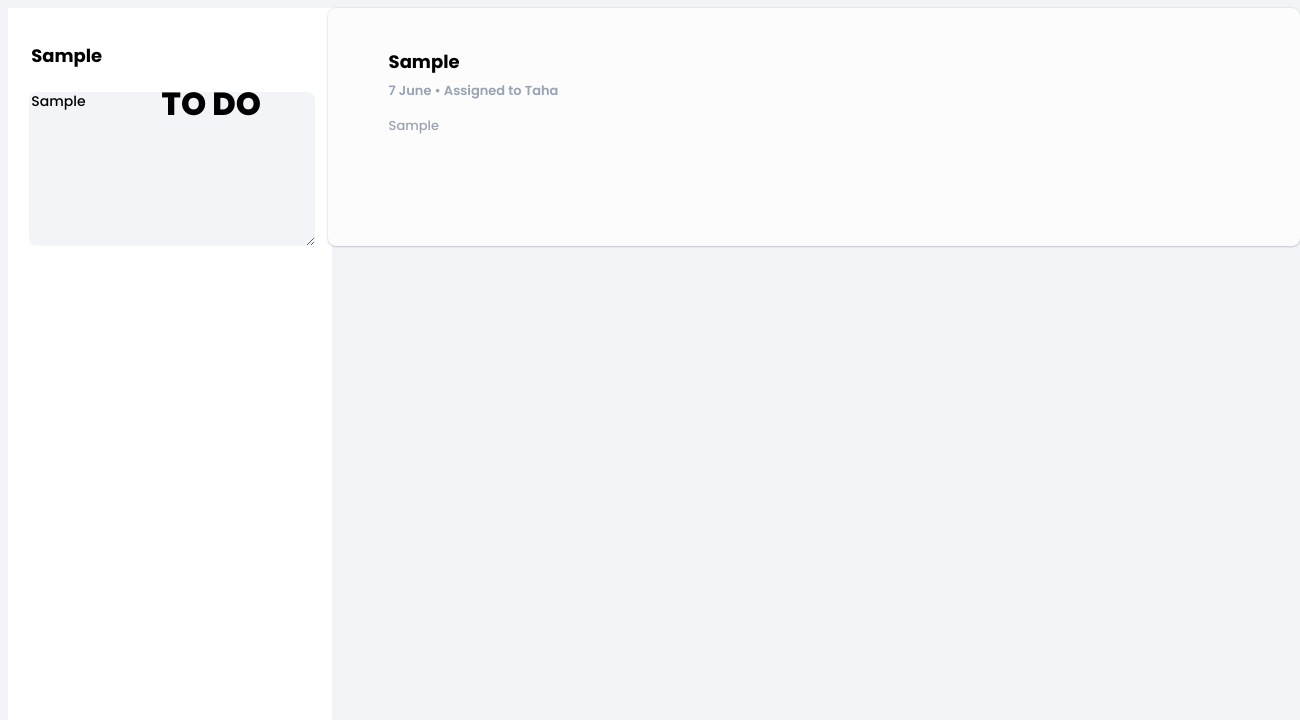
Repository: ReyhanehRahmani/TO-DO
Page: index.html
The author's editor kept a copy of each file at every save. The page is drawn from the files as they stood at one save, then again after the next save.
The browser window is 1280 px wide. The page is 1300 px wide, then 1280 px, so the pictures cover 1300 px, including what lies to the right of the window. The pictures show the whole page.
Empty fields were first filled with sample values (such as "Sample", 5 or name@example.com).
After loading, the first visible `#creatbut` was clicked once.
Some web fonts or font styles are not loaded; a fallback is used.

Above is the page before, as saved 2025-06-08 12:42:25.

### index.html
<!DOCTYPE html>

<html lang="en">

    <head>

        <meta name="viewport" content="width=device-width, initial-scale=1.0" />

        <title>TO-DO</title>

        <link rel="icon" type="image/jpg" href="favicon.png">

        <link rel="stylesheet" href="style.css">

        <link rel="preconnect" href="https://fonts.googleapis.com">

        <link rel="preconnect" href="https://fonts.gstatic.com" crossorigin>

        <link href="https://fonts.googleapis.com/css2?family=Poppins:ital,wght@0,100;0,200;0,300;0,400;0,500;0,600;0,700;0,800;0,900;1,100;1,200;1,300;1,400;1,500;1,600;1,700;1,800;1,900&family=Sofia+Sans:ital,wght@0,1..1000;1,1..1000&display=swap" rel="stylesheet">

    </head>
    <body>
        <div id="side">

            <div id="main-card">
            <div id="content">
                <div >
                <div id="title">
                    <input type="text" id="titlebox" minlength="3" maxlength="30" placeholder="Title">
                </div>
                <div id="description">
                    <textarea type="text" id="descriptionbox" maxlength="200" placeholder="Description"></textarea>
                </div>
                </div>

                <div id="buttons">
                    <div id="clear"><button id="clearbut">Clear All</button></div>
                    <div id="creat"><button id="creatbut">Creat Card</button></div>
                </div>
            </div>

            </div>

            <div id="cardsContainer"></div>
            </div>

        <script src="script.js"></script>
    </body>

### style.css
@media screen and (max-width: 1279px){

body{
    background-color: #F2F4F7;
}



#main-card{
    margin-left: 6%;
    margin-right: 6%;
    margin-top: 6%;
    background-color: #FFFFFF;
}

#content{
    margin-right: 6.557377049%;
    margin-left: 6.557377049%;
    margin-top: 6.557377049%;
    margin-bottom: 6.557377049%;
}

#titlebox{
    font-family: 'Poppins';
    font-weight: 700;
    font-size: 18px;
    line-height: 150%;
    letter-spacing: -2%;
    border: none;
    width: 100%;
    height: 51px;
}

#descriptionbox{
    border: none;
    width: 100%;
    font-family: 'Poppins';
    font-weight: 500;
    font-size: 14px;
    line-height: 100%;
    letter-spacing: -3%;
    height: 150px;
    border-radius: 8px;
    background: #F2F4F7;

    margin-top: 10px;

}

#content{
    display: flex;
    flex-direction: column;
    justify-content: space-between;
    gap: 516px;
}

#buttons{
    display: flex;
    justify-content: space-between;
    gap: 12px;
    margin-bottom: 25px;
}

#clear{
    text-align: center;
    justify-content: center;
}

#clearbut{
    height: 44px;
    border-radius: 8px;
    border-width: 1.4px;
    border-color: #FF1616;
    background-color: #FFFFFF;
    font-family: 'Poppins';
    font-weight: 700;
    font-size: 15px;
    line-height: 100%;
    letter-spacing: -3%;
    color: #FF1616;
    white-space: nowrap;
    width: 97px;

}

#creat{
    text-align: center;
    justify-content: center;
}

#creatbut{
    height: 44px;
    border-radius: 8px;
    background: #000000;
    font-family: 'Poppins';
    font-weight: 600;
    font-size: 15px;
    line-height: 100%;
    letter-spacing: -3%;
    color: #FFFFFF;
    width: 190px;

}

.cardsContainer{
    justify-content: center;
}


.card {
    width: 76.923076923%;
    height: 238px;
    border-radius: 8px;
    background: #FCFCFD;
    box-shadow: 0px 0.5px 2px 0px #1018284D;
    justify-self: center;
    position: relative;
    margin-bottom: 24px;
}


.cardTitle{
    font-family: 'Poppins';
    font-weight: 700;
    font-size: 18px;
    line-height: 150%;
    letter-spacing: -2%;
    margin-left: 6.25%;
    padding-top: 4.1%;


}

.cardDate{
    font-family: 'Poppins';
    font-weight: 600;
    font-size: 13px;
    line-height: 150%;
    letter-spacing: -2%;
    margin-left: 6.25%;
    color: #98A2B3;
    margin-top: 6px;

}

.cardDesc{
    font-family: 'Poppins';
    font-weight: 500;
    font-size: 13px;
    line-height: 150%;
    letter-spacing: -2%;
    color: #98A2B3;
    margin-left: 6.25%;
    margin-top: 16px;
}

#todoTitle{
    font-family: 'Poppins';
    font-weight: 800;
    font-size: 32px;
    line-height: 100%;
    letter-spacing: -0.75%;
    color: #000000;
    margin-left: 12%;
    margin-bottom: 20px;
    margin-top: 80px;

}}

@media screen and (min-width: 1280px){

body{
    background-color: #F2F4F7;
}

#content{
    margin-right: 6.557377049%;
    margin-left: 6.557377049%;
    margin-top: 6.557377049%;
    margin-bottom: 6.557377049%;
}

#titlebox{
    font-family: 'Poppins';
    font-weight: 700;
    font-size: 18px;
    line-height: 150%;
    letter-spacing: -2%;
    border: none;
    width: 100%;
    height: 51px;
}

#descriptionbox{
    border: none;
    width: 100%;
    font-family: 'Poppins';
    font-weight: 500;
    font-size: 14px;
    line-height: 100%;
    letter-spacing: -3%;
    height: 150px;
    border-radius: 8px;
    background: #F2F4F7;

    margin-top: 10px;

}

#main-card{
    background-color: #FFFFFF;
    width: 25.31120332%;
    margin: 0%;
    position: fixed;
}




#content{
    display: flex;
    flex-direction: column;
    justify-content: space-between;
    gap: 516px;
}

#buttons{
    display: flex;
    justify-content: space-between;
    gap: 12px;
    margin-bottom: 25px;
}

#clear{
    text-align: center;
    justify-content: center;
}

#clearbut{
    height: 44px;
    border-radius: 8px;
    border-width: 1.4px;
    border-color: #FF1616;
    background-color: #FFFFFF;
    font-family: 'Poppins';
    font-weight: 700;
    font-size: 15px;
    line-height: 100%;
    letter-spacing: -3%;
    color: #FF1616;
    white-space: nowrap;
    width: 97px;

}

#creat{
    text-align: center;
    justify-content: center;
}

#creatbut{
    height: 44px;
    border-radius: 8px;
    background: #000000;
    font-family: 'Poppins';
    font-weight: 600;
    font-size: 15px;
    line-height: 100%;
    letter-spacing: -3%;
    color: #FFFFFF;
    width: 190px;

}

.cardsContainer{
    display: flex;
    flex-direction: column;

}


.card {
    width: 76.923076923%;
    height: 238px;
    border-radius: 8px;
    background: #FCFCFD;
    box-shadow: 0px 0.5px 2px 0px #1018284D;
    justify-self: center;
    position: relative;
    margin-bottom: 24px;
    margin-left: 27.524204703%;

}


.cardTitle{
    font-family: 'Poppins';
    font-weight: 700;
    font-size: 18px;
    line-height: 150%;
    letter-spacing: -2%;
    margin-left: 6.25%;
    padding-top: 4.1%;


}

.cardDate{
    font-family: 'Poppins';
    font-weight: 600;
    font-size: 13px;
    line-height: 150%;
    letter-spacing: -2%;
    margin-left: 6.25%;
    color: #98A2B3;
    margin-top: 6px;

}

.cardDesc{
    font-family: 'Poppins';
    font-weight: 500;
    font-size: 13px;
    line-height: 150%;
    letter-spacing: -2%;
    color: #98A2B3;
    margin-left: 6.25%;
    margin-top: 16px;
}

#todoTitle{
    font-family: 'Poppins';
    font-weight: 800;
    font-size: 32px;
    line-height: 100%;
    letter-spacing: -0.75%;
    color: #000000;
    margin-left: 12%;
    margin-bottom: 20px;
    margin-top: 80px;
    position: absolute;

}

}

### script.js
document.getElementById("creatbut").onclick = function () {

    const title = document.getElementById("titlebox").value.trim();
    const desc = document.getElementById("descriptionbox").value.trim();

    const card = document.createElement("div");
    card.classList.add("card");

    const cardItems =document.createElement("div");
    card.classList.add("cardItem");

    card.appendChild(cardItems);

    const titleElem = document.createElement("div");
    titleElem.classList.add("cardTitle");
    titleElem.textContent = title;

    const dateElem = document.createElement("div");
    dateElem.classList.add("cardDate");

    const now = new Date();
    const day = now.getDate();
    const monthNames = ["January", "February", "March", "April", "May", "June","July", "August", "September", "October", "November", "December"];

    const month = monthNames[now.getMonth()];

    const formattedDate = day + " " + month;

    dateElem.textContent = formattedDate + " • " + " Assigned to Taha ";

    const descElem = document.createElement("div");
    descElem.classList.add("cardDesc");
    descElem.textContent = desc;

    cardItems.appendChild(titleElem);
    cardItems.appendChild(dateElem);
    cardItems.appendChild(descElem);

    document.getElementById("cardsContainer").appendChild(card);

    const container = document.getElementById("cardsContainer");

    if (!document.getElementById("todoTitle")) {
    const todo = document.createElement("div");
    todo.id = "todoTitle";
    todo.textContent = "TO DO";
    todo.classList.add("todoHeader");

    container.insertBefore(todo, container.firstChild);}



    document.getElementById("clearbut").addEventListener("click", function () {
    document.getElementById("titlebox").value = "";
    document.getElementById("descriptionbox").value = "";});


};

After the next save:
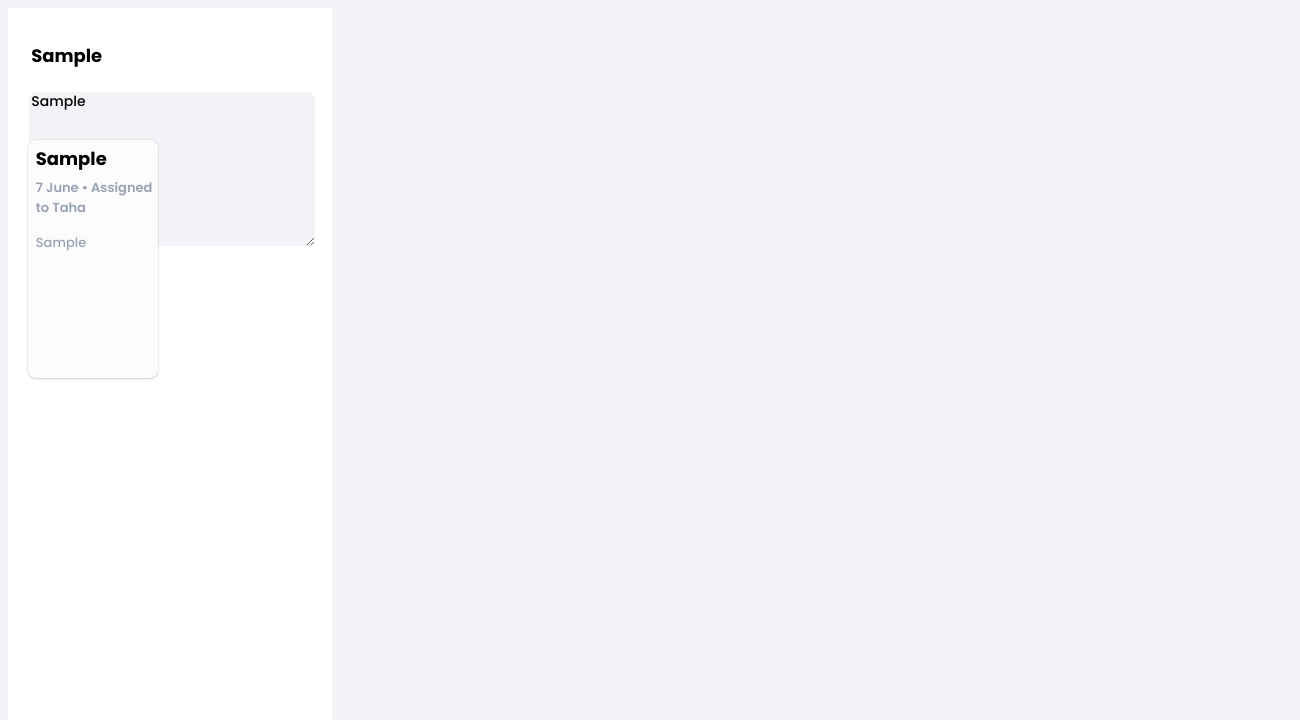
Saved 15 s later.
--- a/style.css
+++ b/style.css
@@ -214,7 +214,10 @@ body{
     position: fixed;
 }
 
-
+#side{
+    display: flex;
+    flex-direction: row;
+}
 
 
 #content{
@@ -273,8 +276,8 @@ body{
 }
 
 .cardsContainer{
-    display: flex;
-    flex-direction: column;
+    justify-content: center;
+        margin-left: 200px;
 
 }
 
@@ -288,7 +291,6 @@ body{
     justify-self: center;
     position: relative;
     margin-bottom: 24px;
-    margin-left: 27.524204703%;
 
 }
 
@@ -338,8 +340,7 @@ body{
     margin-left: 12%;
     margin-bottom: 20px;
     margin-top: 80px;
-    position: absolute;
-
-}
-
-}
+
+}
+
+}
